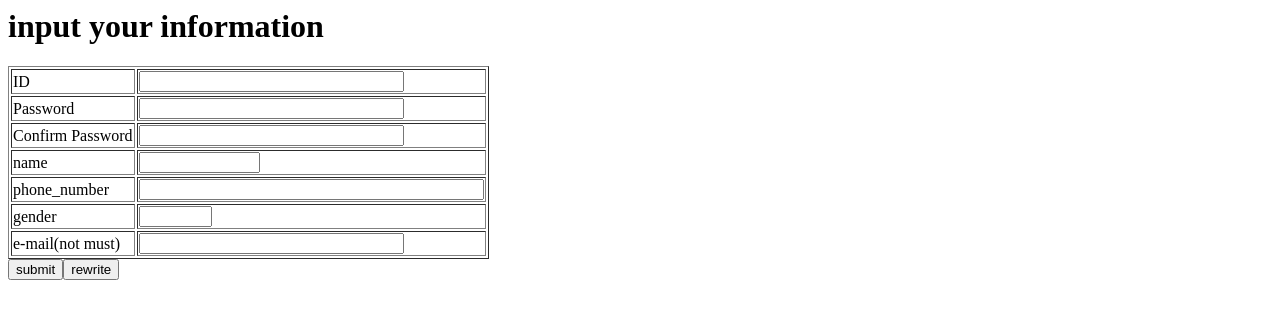
Repository: spero-spera/termproject
Page: http://localhost/login/login.php
The author's editor kept a record of every edit. The page is drawn from the files as they stood at one moment, then again after the next edit.
The browser window is 1280 px wide. The pictures show the whole page.
The page is run by PHP 8.4 with error messages shown; the project is at /var/www/html/.

Above is the page before.

### login/login.php
<doctype html>
<html>
<head>
<title>login page</title>
</head>
<body>
<form name="join" method="post" action="memberSave.php">
 <h1>input your information</h1>
 <table border="1">
  <tr>
   <td>ID</td>
   <td><input type="text" size="30" name="id"></td>
  </tr>
  <tr>
   <td>Password</td>
   <td><input type="password" size="30" name="pwd"></td>
  </tr>
  <tr>
   <td>Confirm Password</td>
   <td><input type="password" size="30" name="pwd2"></td>
  </tr>
  <tr>
   <td>name</td>
   <td><input type="text" size="12" maxlength="20" name="name"></td>
  </tr>
  <tr>
   <td>phone_number</td>
   <td><input type="text" size="40" name="phone"></td>
  </tr>
  <tr>
   <td>gender</td>
   <td><input type="text" size="6" maxlength="6" name="gender"></td>
  </tr>
  <tr>
   <td>e-mail(not must)</td>
   <td><input type="text" size="30" name="email"></td>
  </tr>
 </table>
 <input type=submit value="submit"><input type=reset value="rewrite">
</form>
</body>
</html>

After the next edit:
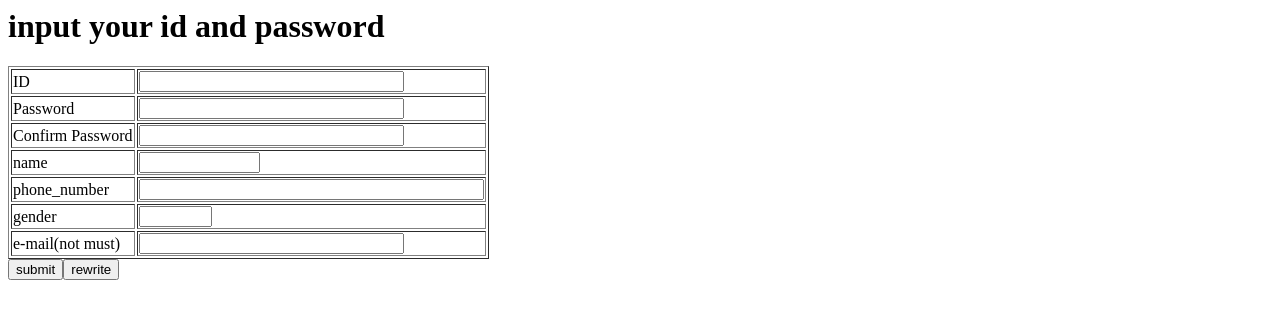
The edit:
--- a/login/login.php
+++ b/login/login.php
@@ -4,8 +4,8 @@
 <title>login page</title>
 </head>
 <body>
-<form name="join" method="post" action="memberSave.php">
- <h1>input your information</h1>
+<form name="login" method="post" action="login_form.php">
+ <h1>input your id and password</h1>
  <table border="1">
   <tr>
    <td>ID</td>
